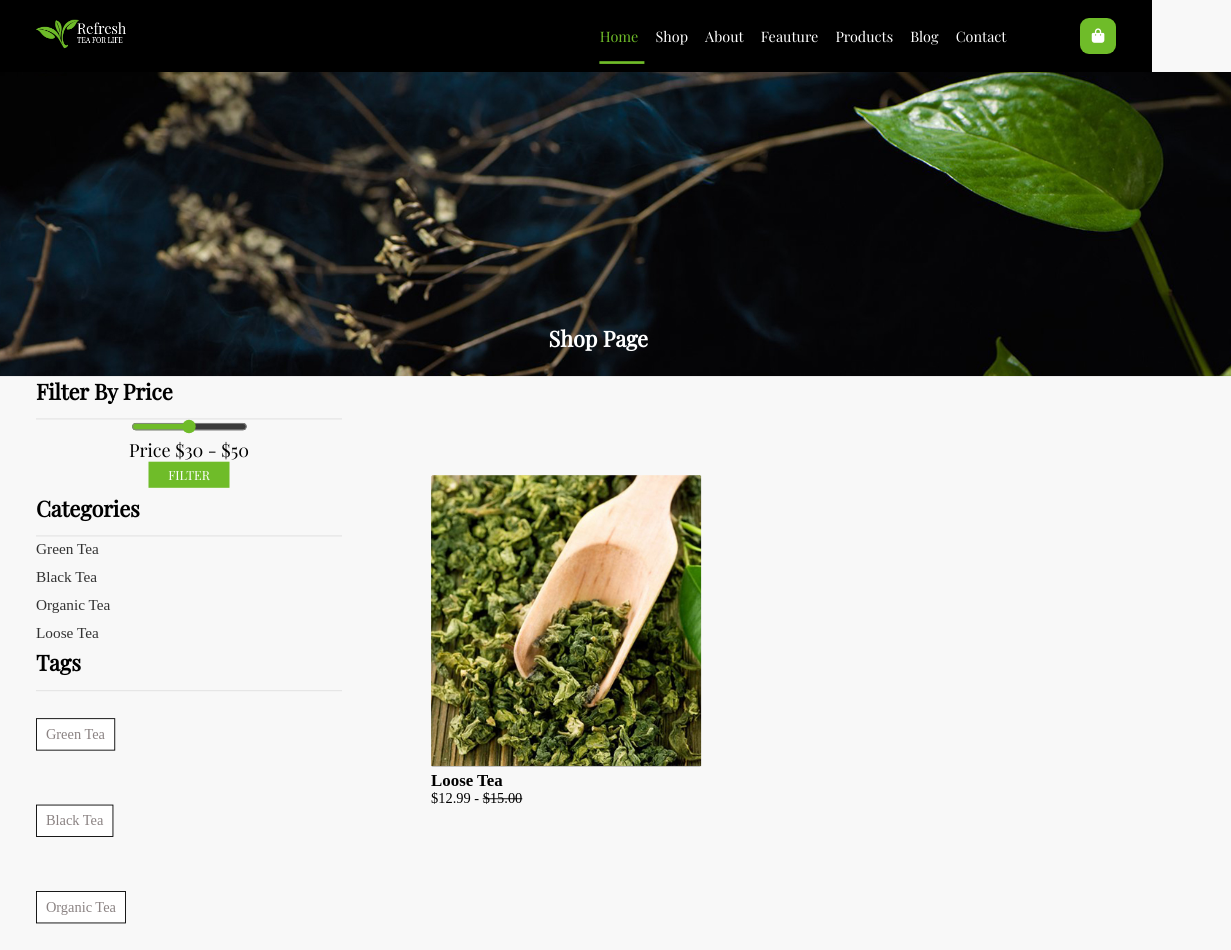
Repository: 52hzwhaleblue/school_teashop
Page: shop.html
The author's editor kept a copy of each file at every save. The page is drawn from the files as they stood at one save, then again after the next save.
The browser window is 1280 px wide. The page is 1368 px wide, so the pictures cover 1368 px, including what lies to the right of the window. The pictures show the whole page, at 90% of full size.
Some web libraries are served in a nearby version.

Above is the page before, as saved 2022-04-29 20:10:12.

### shop.html
<!DOCTYPE html>
<html lang="en">

<head>
    <meta charset="UTF-8">
    <meta http-equiv="X-UA-Compatible" content="IE=edge">
    <meta name="viewport" content="width=device-width, initial-scale=1.0">

    <!-- Style CSS -->
    <link rel="stylesheet" href="./style.css" stylesheet="text/style.css" />

    <!-- googel fonts -->
    <link rel="preconnect" href="https://fonts.googleapis.com" />
    <link rel="preconnect" href="https://fonts.gstatic.com" crossorigin />
    <link href="https://fonts.googleapis.com/css2?family=Playfair+Display&display=swap" rel="stylesheet" />

    <!-- cdn -->
    <link rel="stylesheet" href="https://cdnjs.cloudflare.com/ajax/libs/font-awesome/6.1.1/css/all.min.css" integrity="sha512-KfkfwYDsLkIlwQp6LFnl8zNdLGxu9YAA1QvwINks4PhcElQSvqcyVLLD9aMhXd13uQjoXtEKNosOWaZqXgel0g==" crossorigin="anonymous" referrerpolicy="no-referrer"
    />

    <!-- App.js -->
    <script src="./app.js">
    </script>

    <title>Shop</title>
</head>

<body>
    <!-- header -->
    <div class="header-wrapper">
        <div class="center">
            <div class="row">
                <div class="logo">
                    <img src="./images/logo.png" alt="" />
                </div>

                <div class="menu">
                    <ul>
                        <li class="active"><a href="#">Home</a></li>
                        <li><a href="#">Shop</a></li>
                        <li><a href="#">About</a></li>
                        <li><a href="#">Feauture</a></li>
                        <li><a href="#">Products</a></li>
                        <li><a href="#">Blog</a></li>
                        <li><a href="#">Contact</a></li>
                    </ul>
                </div>

                <div class="cart">
                    <i class="fa-solid fa-bag-shopping"></i>
                </div>
            </div>
        </div>
    </div>

    <!-- silder -->
    <div class="slider-wrapper">
        <div class="slider-img">
            <img src="./images/shop-slide.jpg" alt="" />

            <div class="center">
                <div class="shop-slide-content">
                    <h2 class="heading">Shop Page</h2>
                </div>
            </div>
        </div>
    </div>


    <div class="shop-page-wrapper">
        <div class="center">
            <div class="box-shop-page">
                <!-- filter by price -->
                <div class="price-filter-wrapper">
                    <div class="box-price-filter">
                        <h4>filter by price</h4>
                        <div class="price-range-bar">
                            <form class="multi-range-field my-5 pb-5">
                                <input id="multi3" class="multi-range" type="range" />
                            </form>

                            <div class="price-range">
                                <span>Price</span>
                                <span> $30 </span> -
                                <span> $50 </span>
                            </div>

                            <div class="filter-btn">
                                <p>filter</p>
                            </div>
                        </div>
                    </div>
                    <div class="catory-wrapper">
                        <div class="box-catory">
                            <h2>Categories</h2>
                        </div>
                        <div class="category">
                            <ul>
                               <li><a href="">Green Tea</a></li>
                               <li><a href="">Black Tea</a></li>
                               <li><a href="">Organic Tea</a></li>
                               <li><a href="">Loose Tea</a></li>
                            </ul>
                        </div>
                        <div class="box-catory">
                            <h2>Tags</h2>
                        </div>
                        <div class="category1">
                           <ul clas="list">
                               <li><a href="" class="btn">Green Tea</a></li>
                               <li><a href="" class="btn">Black Tea</a></li>
                               <li><a href="" class="btn">Organic Tea</a></li>
                           </ul>
                        </div>
                    </div>
                </div>

                <!-- shop-product -->
                <div class="shop-product-wrapper">
                    <div class="row">
                        <div class="col-1">
                            <img src="images/product-1.jpg">
                            <h3 class="title">Loose Tea</h3>
                            <p>$12.99 - <del>$15.00</del></p>
                        </div>
                    </div>
                 </div>
            </div>

        </div>
    </div>

</body>

</html>

### style.css
* {
    padding: 0;
    margin: 0;
}

body {
    background-color: #f8f8f8;
}


/* header */

.header-wrapper {
    margin: 0 auto;
    background-color: #000000;
    position: sticky;
    top: 0;
    z-index: 1;
}

.center {
    width: 1200px;
    margin: 0 auto;
}

.header-wrapper .row {
    display: flex;
    justify-content: space-between;
    align-items: center;
    padding: 20px 0;
}


/* logo */

.logo {
    width: 50.0450045005%;
}

.logo img {
    width: 100px;
}


/* menu */

.menu {
    width: 42.304230423%;
}

.menu ul li.active a {
    color: #6fbc29;
}

.menu ul li {
    display: inline-block;
    padding-right: 15px;
    position: relative;
}

.menu ul li:after {
    content: " ";
    width: 50px;
    border-bottom: 3px #6fbc29 solid;
    /* background-color: #6fbc29; */
    left: 0;
    bottom: -20px;
    position: absolute;
}

.menu ul li:not(.active):after {
    content: " ";
    width: 50px;
    border-bottom: 3px #6fbc29 solid;
    left: 0;
    bottom: -30px;
    position: absolute;
    opacity: 0;
    transition: 0.5s;
}

.menu ul li:hover:after {
    bottom: -20px;
    opacity: 1;
}

.menu ul li:hover a {
    color: #6fbc29;
}

.menu ul li a {
    text-decoration: none;
    color: #fff;
    font-family: "Playfair Display", serif;
}


/* cart */

.cart {
    width: 40px;
    height: 40px;
    border-radius: 25%;
    background-color: #6fbc29;
    display: flex;
    justify-content: center;
    align-items: center;
}

.cart i {
    color: #fff;
}


/* silder */

.slider-wrapper {
    width: 1368px;
    margin: 0 auto;
    overflow: hidden;
}

.slider-img {
    display: flex;

}

.slider-img img {
    max-width: 1368px;
}
.slider-img input{
    display: none;
}


.slider-wrapper .home-slide-content {
    width: 446px;
    position: absolute;
    top: 20%;
    left: calc((100% - 1200px) / 2);
}

.slider-wrapper .shop-slide-content {
    width: 446px;
    position: absolute;
    top: 50%;
    left: calc(100% /2.1);
}

.home-slide-content .heading {
    text-transform: uppercase;
    font-family: "Playfair Display";
    font-size: 16px;
    color: #fff;
}

.shop-slide-content .heading {
    text-transform: capitalize;
    font-family: "Playfair Display";
    /* font-size: 50px; */
    color: #fff;
}

.home-slide-content .subHeading {
    text-transform: capitalize;
    font-family: "Playfair Display";
    font-size: 50px;
    padding: 26px 0 50px 0;
    color: #fff;
}

.home-slide-content .subHeading span {
    color: #6fbc29;
    text-transform: capitalize;
    font-size: 50px;
}

.home-slide-content .slider-btn {
    width: 130px;
    /* height: 35px; */
    background-color: #6fbc29;
    display: flex;
    justify-content: center;
    align-items: center;
}

.slider-btn a {
    font-family: "Playfair Display";
    font-size: 14px;
    text-transform: uppercase;
    color: #fff;
    text-decoration: none;
    padding: 10px 0;
}


/* new product */

.product-wrapper {
    width: 1368px;
    margin: 0 auto;
    padding: 57px 0;
}

.title-main {
    padding-bottom: 52px;
}

.title-main h1 {
    font-family: "Playfair Display";
    font-size: 35px;
    text-transform: capitalize;
    color: #212529;
    text-align: center;
}

.title-main .icon {
    text-align: center;
    padding: 23px 0 18px 0;
}

.heading-icon .icon img {
    width: 100px;
}

.title-main .subTitle {
    width: 540px;
    margin: 0 auto;
}

.title-main .subTitle p {
    font-family: "Playfair Display";
    font-size: 14px;
    color: #212529;
    text-align: center;
}


/* product items */

.product-items {
    display: flex;
    flex-wrap: wrap;
    justify-content: space-between;
}

.product-items .item {
    /* width: calc(100% / 4); */
}

.product-items .item .img {
    position: relative;
}

.modal {
    position: absolute;
    width: 100%;
    height: 100%;
    bottom: 0;
    opacity: 0;
    background-color: #6fbc29;
    transition: 0.7s;
}

.modal-content h4 {
    font-family: "Playfair Display", serif;
    color: #fff;
    text-align: center;
    text-transform: capitalize;
}

.modal-content {
    padding: 48px;
}

.modal-content p {
    font-size: 14px;
    font-family: "Playfair Display", serif;
    color: #fff;
    text-align: center;
    padding: 20px 0;
}

.readmore-btn {
    width: 130px;
    background-color: #fff;
    border: 1px #fff solid;
    padding: 5px 0;
    margin: 0 auto;
    text-align: center;
}

.readmore-btn a {
    text-decoration: none;
    color: #6fbc29;
    font-size: 14px;
    font-family: "Playfair Display", serif;
    text-transform: uppercase;
}

.readmore-btn:hover {
    background-color: transparent;
}

.readmore-btn:hover a {
    text-decoration: none;
    color: #fff;
    font-size: 14px;
    font-family: "Playfair Display", serif;
    text-transform: uppercase;
}

.product-items .img:hover .modal {
    top: 0;
    opacity: 0.8;
}

.product-btn {
    display: flex;
    justify-content: center;
}

.btn-left,
.btn-right {
    border-radius: 50%;
    width: 30px;
    height: 30px;
    background-color: #6fbc29;
    margin: 0 10px;
    display: flex;
    align-items: center;
    justify-content: center;
    color: #fff;
    margin-top: 35px;
}

.btn-left:hover,
.btn-right:hover {
    border-radius: 50%;
    width: 30px;
    height: 30px;
    background-color: #fff;
    margin: 0 10px;
    display: flex;
    align-items: center;
    justify-content: center;
    color: #6fbc29;
    margin-top: 35px;
}


/* information */

.information {
    width: 1368px;
    margin: 0 auto;
    background-color: #f8f8f8;
    display: flex;
    justify-content: space-between;
}

.info-img img {
    max-width: 730px;
}

.info-content {
    width: 37.6461988304%;
    padding: 85px 0 125px 30px;
}

.info-content h2 {
    font-size: 35px;
    font-family: "Playfair Display", serif;
}

.info-content p {
    font-size: 14px;
    font-family: "Playfair Display", serif;
    margin: 10px 0;
}

.information .readmore-info-btn {
    width: 130px;
    background-color: #6fbc29;
    padding: 5px 0;
    text-align: center;
}

.information .readmore-info-btn a {
    text-decoration: none;
    color: #fff;
    font-size: 14px;
    font-family: "Playfair Display", serif;
    text-transform: uppercase;
}

.information .readmore-info-btn:hover {
    background-color: #fff;
}

.information .readmore-info-btn:hover a {
    text-decoration: none;
    color: #6fbc29;
    font-size: 14px;
    font-family: "Playfair Display", serif;
    text-transform: uppercase;
}

.criteria-wrapper {
    width: 100%;
    height: 368px;
}

.criteria-items {
    max-width: 1368px;
    display: flex;
    justify-content: center;
}

.criteria-items .item {
    padding: 0 10px;
    box-sizing: border-box;
}


/* featured product */

.featured-product-wrapper {}

.featured-product-items {
    display: flex;
    justify-content: space-between;
    flex-wrap: wrap;
    margin-bottom: 50px;
}

.featured-product-items .item {
    width: calc(100% / 3);
}

.featured-product-items .item .img {
    position: relative;
}

.featured-product-items .img .modal {
    border-radius: 50%;
}

.featured-product-items .img:hover .modal {
    top: 0;
    opacity: 0.8;
    width: 92.5%;
}

.featured-product-items .item .title {
    text-align: center;
    font-family: "Playfair Display";
    font-weight: 600;
    font-size: 20px;
}

.featured-product-items .item .description {
    text-align: center;
    font-family: "Playfair Display";
    font-size: 14px;
}

.featured-product-items .item img {
    border-radius: 50%;
}


/* Information Wrapper */

.info-wrapper {
    position: relative;
}

.info-wrapper img {
    height: 435px;
    width: 100%;
}

.info-heading {
    top: 0;
    width: 490px;
    margin: 55px 0;
    position: absolute;
}

.info-heading .title {
    font-family: "Playfair Display";
    font-size: 35px;
    font-weight: 600;
}

.info-heading .subTitle {
    font-family: "Playfair Display";
    font-size: 14px;
    margin: 25px 0 50px 0;
}

.readmore-info-btn {
    width: 130px;
    background-color: #6fbc29;
    border: 1px #fff solid;
    padding: 5px 0;
    /* margin: 0 auto; */
    text-align: center;
}

.readmore-info-btn a {
    text-decoration: none;
    color: #fff;
    font-size: 14px;
    font-family: "Playfair Display", serif;
    text-transform: uppercase;
}

.readmore-info-btn:hover {
    background-color: #fff;
}

.readmore-info-btn:hover a {
    text-decoration: none;
    color: #6fbc29;
    font-size: 14px;
    font-family: "Playfair Display", serif;
    text-transform: uppercase;
}


/* video */

.video-wrapper {
    position: relative;
    display: flex;
    justify-content: center;
}

.bg-overlay {
    position: relative;
    z-index: 1;
}

.bg-overlay:after {
    background: #000 none repeat scroll 0 0;
    content: "";
    height: 100%;
    left: 0;
    opacity: 0.8;
    position: absolute;
    top: 0;
    width: 100%;
}

.video-wrapper .center {
    width: 1200px;
    margin: 0 auto;
    display: flex;
    justify-content: center;
}

.video-wrapper img {
    width: 100%;
}

.video-wrapper .title-main {
    top: 0;
    position: absolute;
    z-index: 2;
    margin-top: 55px;
}

.video-wrapper .title-main .title {
    color: #fff;
}

.video-wrapper .title-main .icon img {
    width: 200px;
}

.video-wrapper .title-main .subTitle p {
    color: #fff;
}

.box-video {
    /* width: 890px;
    height: 442px; */
    bottom: 25%;
    z-index: 1;
    position: absolute;
}


/* Shop Page */

.box-shop-page {
    display: flex;
    justify-content: space-between;
}

.price-filter-wrapper {
    width: 28.3333333333%;
}

.box-price-filter h4 {
    font-family: "Playfair Display", serif;
    font-size: 24px;
    text-transform: capitalize;
    border-bottom: 1px #dedede solid;
    padding-bottom: 15px;
}

.shop-product-wrapper {
    width: 56.8333333333%;
}


/* Price Range Input */

#multi3 {
    accent-color: #6FBC29;
}

.price-range-bar {
    text-align: center;
}

.price-range {
    font-family: "Playfair Display", serif;
    font-size: 20px;
}

.filter-btn {
    width: 90px;
    height: 35px;
    margin: 0 auto;
}

.filter-btn:hover {
    width: 90px;
    height: 35px;
    margin: 0 auto;
}

.filter-btn p {
    font-family: "Playfair Display", serif;
    font-size: 14px;
    color: #fff;
    text-transform: uppercase;
    background-color: #6fbc29;
    padding: 5px 20px;
}

.filter-btn p:hover {
    font-family: "Playfair Display", serif;
    font-size: 14px;
    color: #6fbc29;
    text-transform: uppercase;
    background-color: #fff;
    padding: 5px 20px;
    border: 1px #6fbc29 solid;
}
.box-catory h2{
    font-family: "Playfair Display", serif;
    font-size: 24px;
    text-transform: capitalize;
    border-bottom: 1px #dedede solid;
    padding-bottom: 15px;
}
.category ul li a {
    text-decoration: none;
    color:#333333;
    font-size: 17px;
    transition: 0.3s;
    border-bottom: 1px solid transparent;
    padding: 5px 0;
    display: block;

}
ul{
    list-style-type: none;
}
.btn{
    display: inline-block;
    background: #fff;
    color: #8b8383;
    padding: 8px 10px;
    margin: 30px 0;
    border: 1px solid #000;

}
.btn:hover {
    background: #6fbc29;
    color: #fff;
}
.category1 ul li a{
    text-decoration: none;

}
.category1{
    display: flex;
}
/* ----Product---- */
.shop-product-wrapper{
    max-width: 1080px;
    margin: auto;
    padding-left: 25px;
    padding-right: 25px;
}
.col-1{
    flex-basis: 25%;
    padding: 10px;
    min-width: 200px;
    margin-bottom: 50px;
}
.col-1 img{
    width: 300px;
}

### app.js
/* $('#multi3').mdbRange({
    width: '100%',
    single: {
        active: true,
        multi: {
            active: true,
            rangeLength: 2
        },
    }
}); */

After the next save:
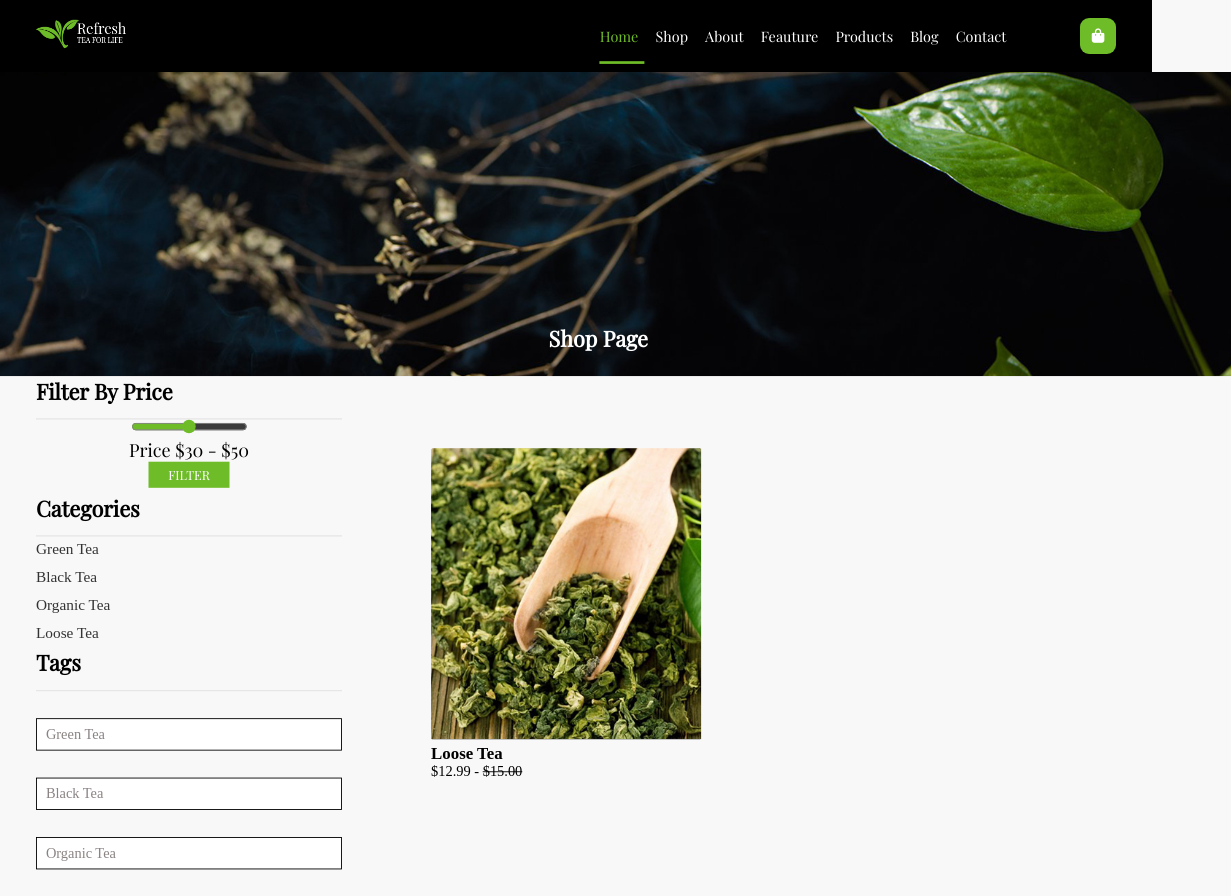
Saved 16 s later.
--- a/style.css
+++ b/style.css
@@ -697,11 +697,10 @@
 }
 .category1 ul li a{
     text-decoration: none;
-
-}
-.category1{
-    display: flex;
-}
+    display: flex;
+
+}
+
 /* ----Product---- */
 .shop-product-wrapper{
     max-width: 1080px;

After the 2 saves that followed:
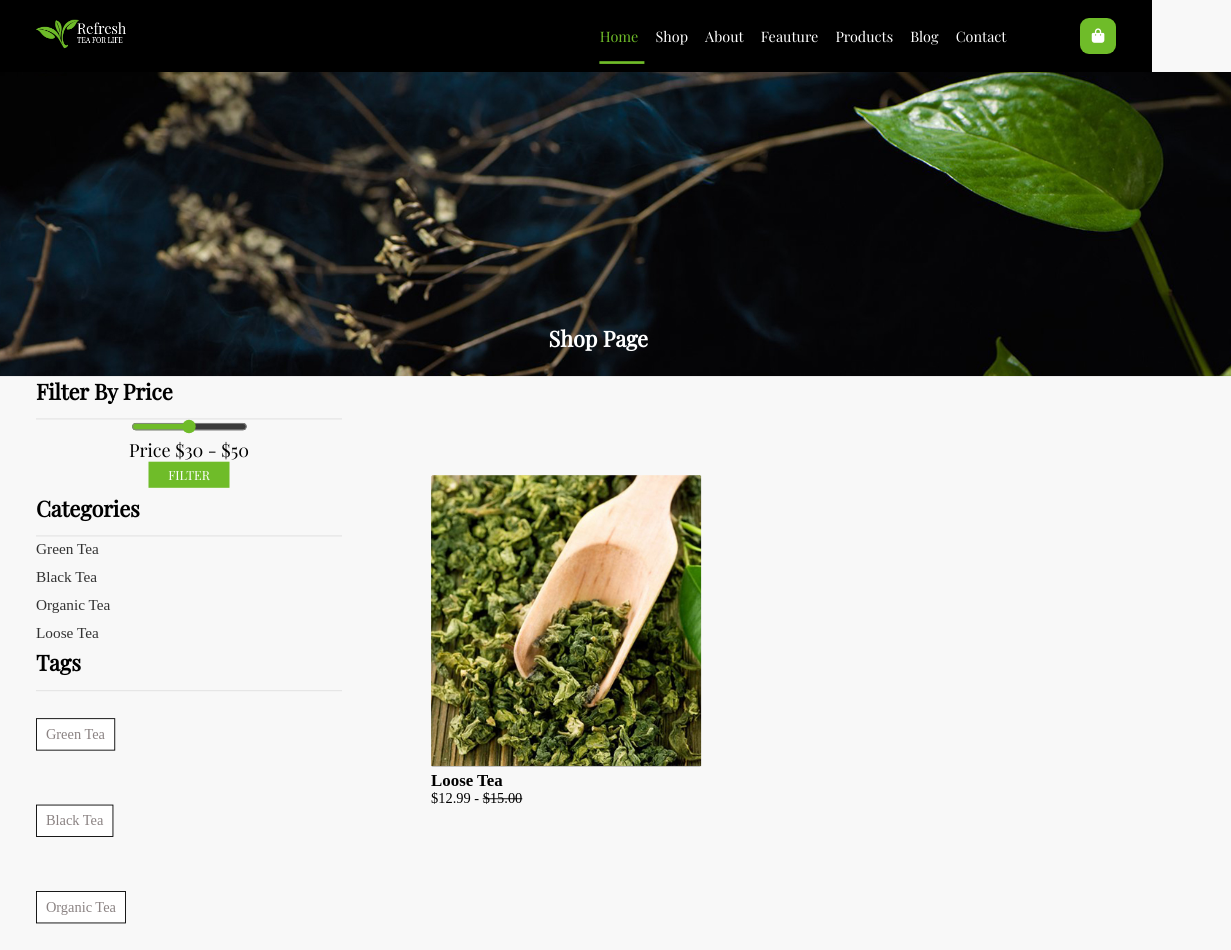
The 2 saves are shown as one change because they came seconds apart.
The last was saved 13 s later.
--- a/style.css
+++ b/style.css
@@ -697,7 +697,7 @@
 }
 .category1 ul li a{
     text-decoration: none;
-    display: flex;
+    display: flex ward;
 
 }
 
